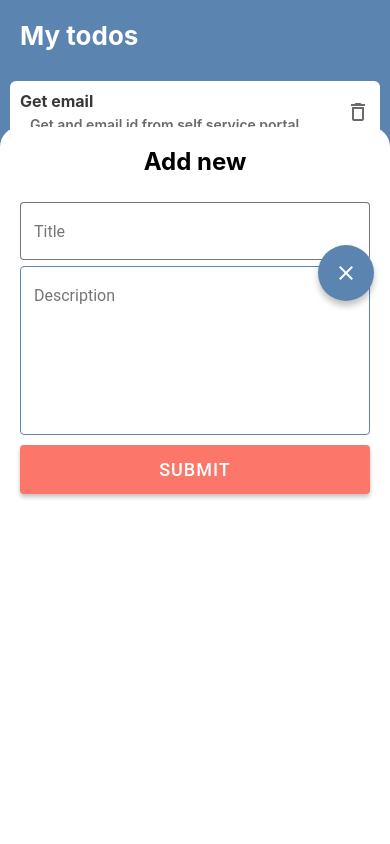
Repository: sadarsh216/Todo-App
Page: /, after clicking the first element matching `button.css-view-175oi2r`
An editor plug-in stored every save of this project. The page is shown before and after the next save, followed by the edit.
The browser window is 390 px wide. The pictures show the whole page.
The app was drawn by React Native's web renderer in a window 390 px wide. The project was rebuilt for these pictures with package versions that can differ from the ones it lists, and the page was loaded fresh each time.

Above is the page before, as saved 2021-10-09 15:25:33.

After the next save:
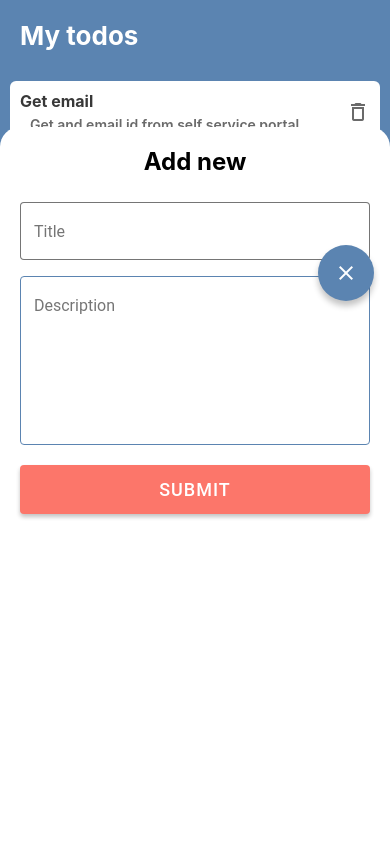
Saved 13 s later.
--- a/components/Modal.tsx
+++ b/components/Modal.tsx
@@ -101,6 +101,5 @@ const styles = StyleSheet.create({
   },
   error: {
     color: "red",
-    marginTop:-10
   },
 });
